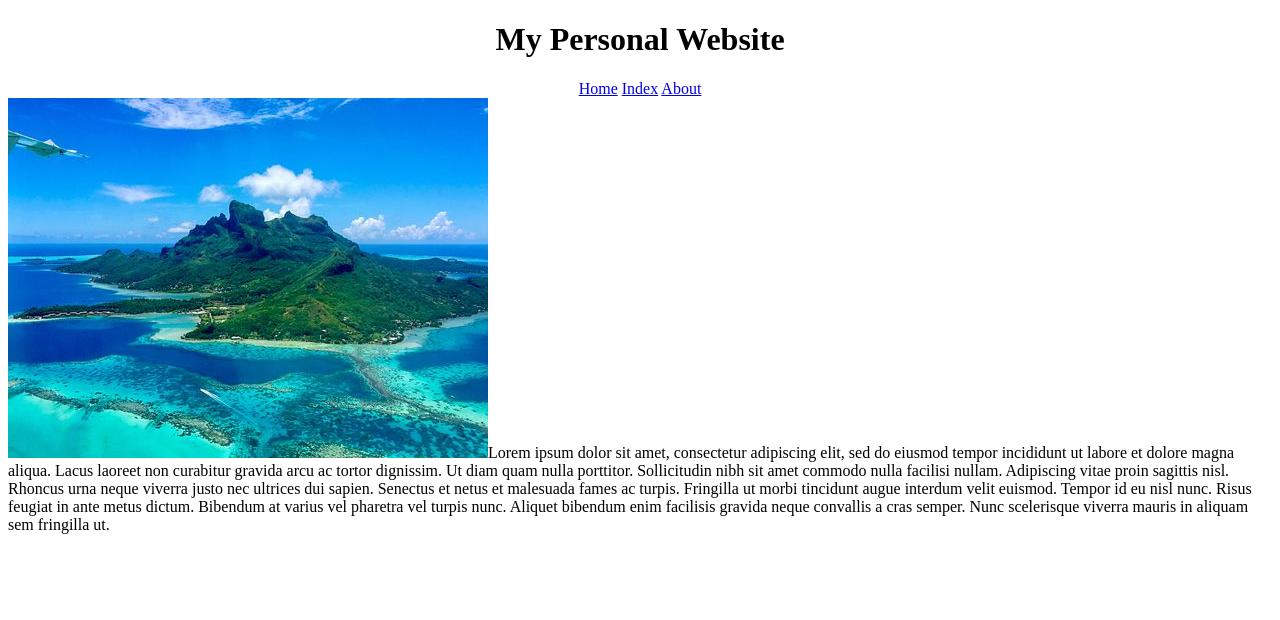
Repository: Melinda-Nanjad-Personal-Website/Personal-web
Page: about.html
The author's editor kept a copy of each file at every save. The page is drawn from the files as they stood at one save, then again after the next save.
The browser window is 1280 px wide. The pictures show the whole page.

Above is the page before, as saved 2023-07-21 17:11:18.

### about.html
<!DOCTYPE html>
<html lang="en">
<head>
    <meta charset="UTF-8">
    <meta name="viewport" content="width=device-width, initial-scale=1.0">
    <title>Personal Website</title>
</head>
<header>
    <center>
        <h1>My Personal Website</h1>
    </center>
</header> <center>
<nav>
    <a class="active" href="/home.html">Home</a>
    <a class="active" href="/Index.html">Index</a>
    <a class="active" href="/about.html">About</a>

        </nav> </center>
<body>

 <img src="island.jpeg" href="photo of island"
    <P>Lorem ipsum dolor sit amet, consectetur adipiscing elit, sed do eiusmod tempor incididunt ut labore et dolore magna aliqua. Lacus laoreet non curabitur gravida arcu ac tortor dignissim. Ut diam quam nulla porttitor. Sollicitudin nibh sit amet commodo nulla facilisi nullam. Adipiscing vitae proin sagittis nisl. Rhoncus urna neque viverra justo nec ultrices dui sapien. Senectus et netus et malesuada fames ac turpis. Fringilla ut morbi tincidunt augue interdum velit euismod. Tempor id eu nisl nunc. Risus feugiat in ante metus dictum. Bibendum at varius vel pharetra vel turpis nunc. Aliquet bibendum enim facilisis gravida neque convallis a cras semper. Nunc scelerisque viverra mauris in aliquam sem fringilla ut.</P>
</body>
</html>

After the next save:
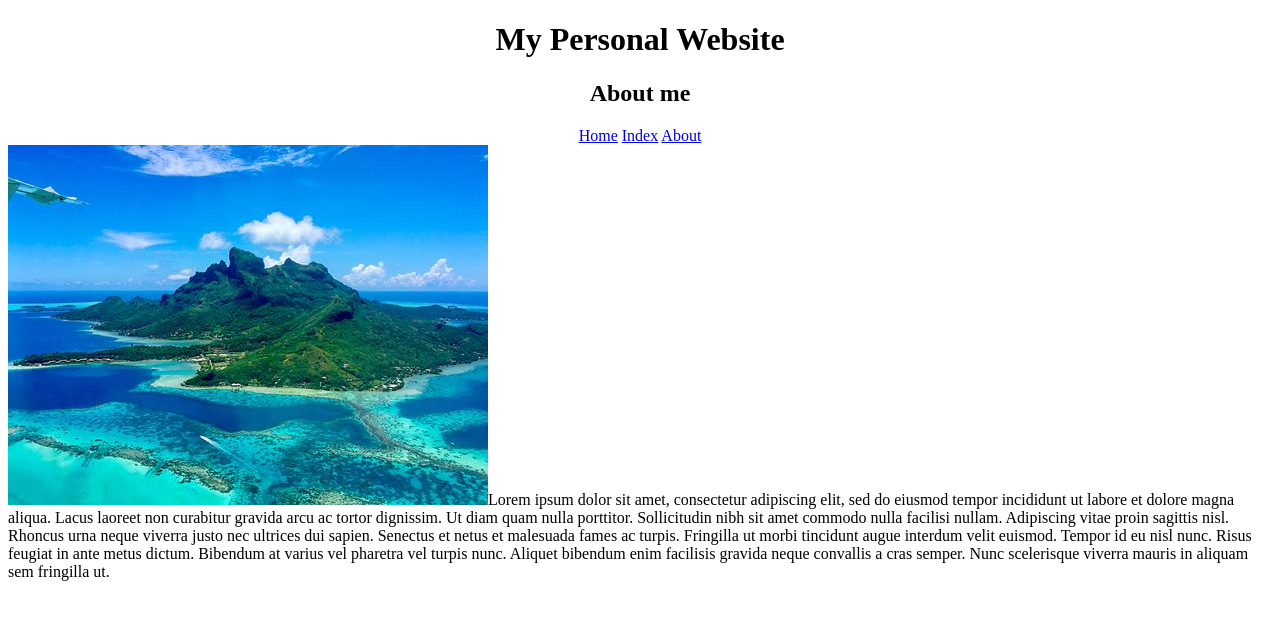
Saved 44 s later.
--- a/about.html
+++ b/about.html
@@ -8,6 +8,7 @@
 <header>
     <center>
         <h1>My Personal Website</h1>
+        <h2>About me</h2>
     </center>
 </header> <center>
 <nav>
